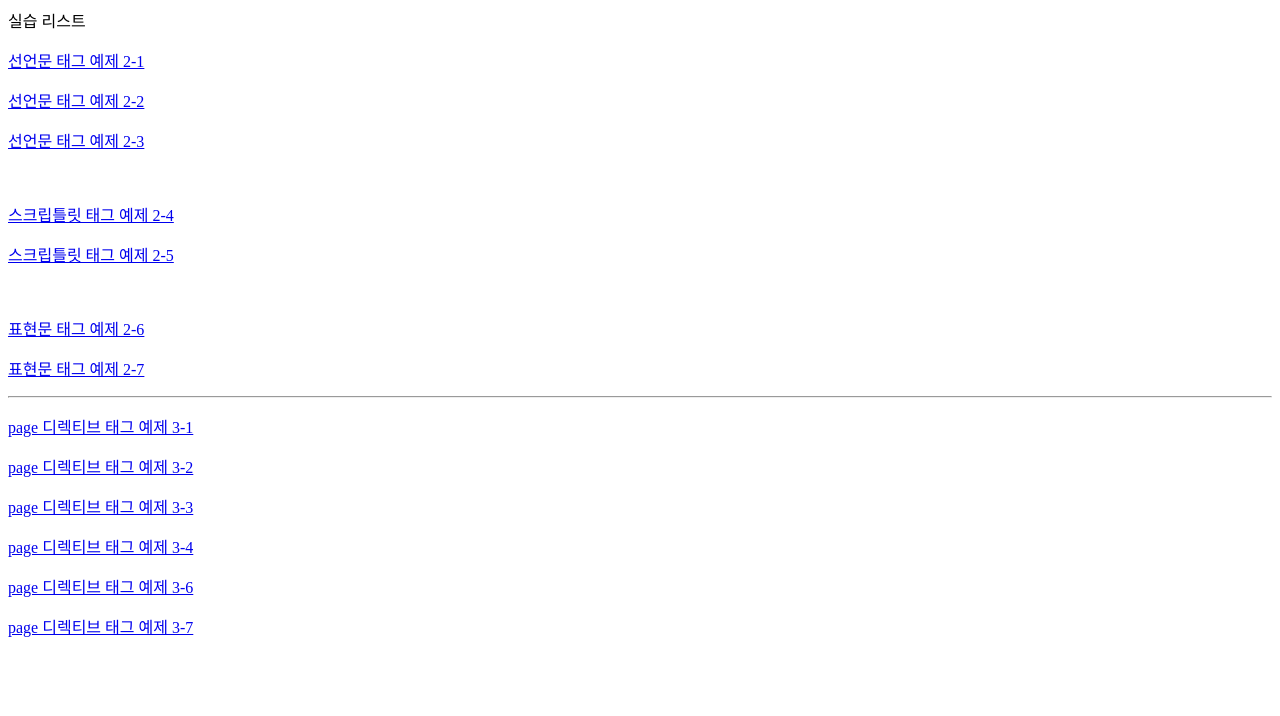
Repository: man332414/myJspStudy
Page: http://localhost/jspbook/
The author's editor kept a copy of each file at every save. The page is drawn from the files as they stood at one save, then again after the next save.
The browser window is 1280 px wide. The pictures show the whole page.
The page is served by Tomcat 10. Nobody is signed in. The application's start-up code is not run. Other server files are loaded and not shown.

Above is the page before, as saved 2024-10-08 06:35:45.

### jspbook/src/main/webapp/index.jsp
<%@ page language="java" contentType="text/html; charset=UTF-8"
    pageEncoding="UTF-8"%>
<!DOCTYPE html>
<html>
<head>
<meta charset="UTF-8">
<title>어서와 집이야</title>
</head>
<body>
	실습 리스트
	<p><a href = "2_1"> 선언문 태그 예제 2-1</a></p>
	<p><a href = "2_2"> 선언문 태그 예제 2-2</a></p>
	<p><a href = "2_3"> 선언문 태그 예제 2-3</a></p>
	<br>
	<p><a href = "2_4"> 스크립틀릿 태그 예제 2-4</a></p>
	<p><a href = "2_5"> 스크립틀릿 태그 예제 2-5</a></p>
	<br>
	<p><a href = "2_6"> 표현문 태그 예제 2-6</a></p>
	<p><a href = "2_7"> 표현문 태그 예제 2-7</a></p>
	<hr>
	<p><a href = "3_1"> page 디렉티브 태그 예제 3-1</a></p>
	<p><a href = "3_2"> page 디렉티브 태그 예제 3-2</a></p>
	<p><a href = "3_3"> page 디렉티브 태그 예제 3-3</a></p>
	<p><a href = "3_4"> page 디렉티브 태그 예제 3-4</a></p>
	<p><a href = "3_6"> page 디렉티브 태그 예제 3-6</a></p>
	<p><a href = "3_7"> page 디렉티브 태그 예제 3-7</a></p>

</body>
</html>

After the next save:
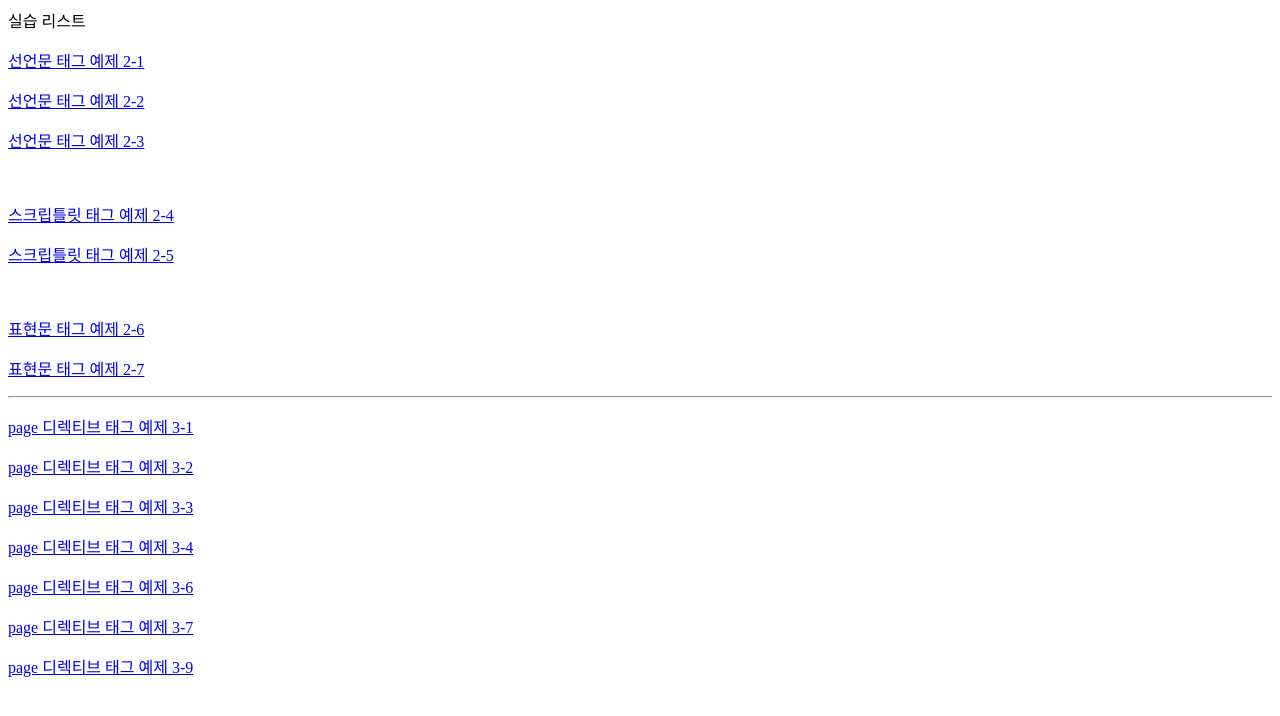
Saved 9 min 45 s later.
--- a/jspbook/src/main/webapp/index.jsp
+++ b/jspbook/src/main/webapp/index.jsp
@@ -24,6 +24,7 @@
 	<p><a href = "3_4"> page 디렉티브 태그 예제 3-4</a></p>
 	<p><a href = "3_6"> page 디렉티브 태그 예제 3-6</a></p>
 	<p><a href = "3_7"> page 디렉티브 태그 예제 3-7</a></p>
+	<p><a href = "3_9"> page 디렉티브 태그 예제 3-9</a></p>
 
 </body>
 </html>
